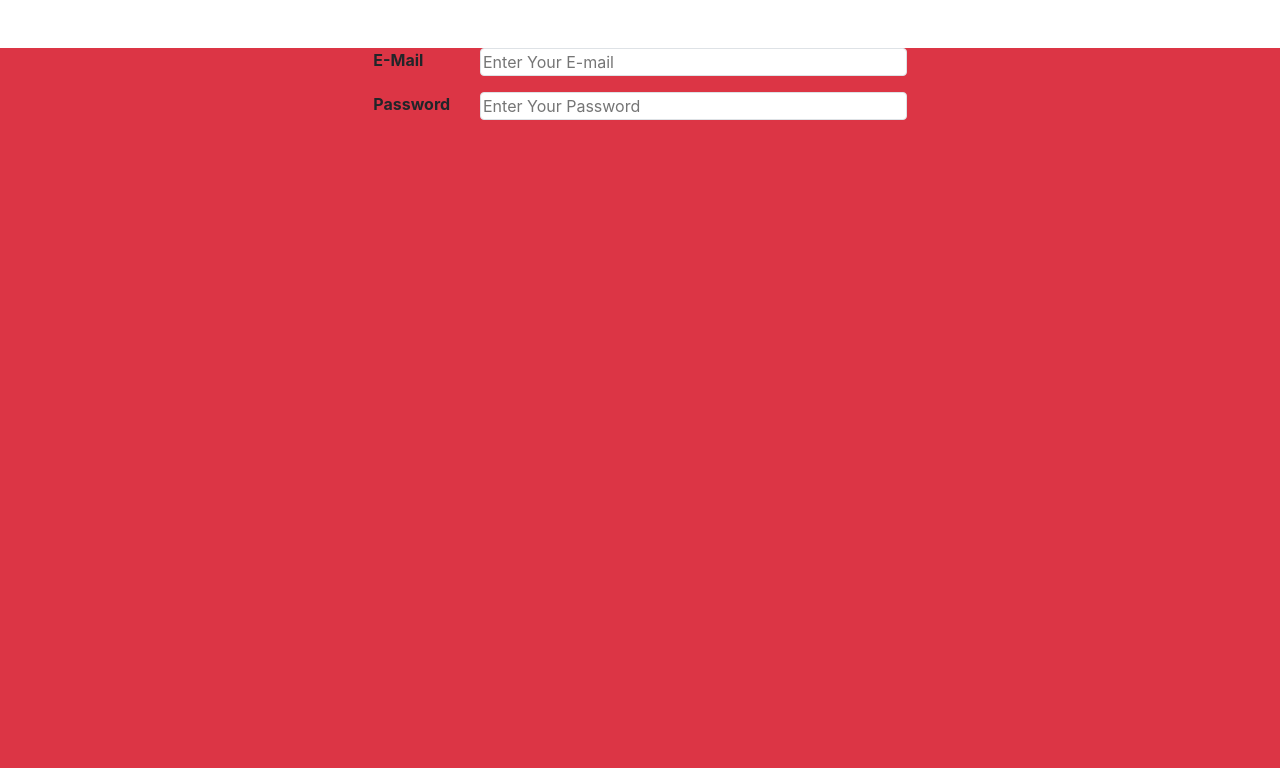
Repository: mariamkhaledsapra/E-Commerce-main
Page: /login
These files come from the project's save history. The page is drawn as it stood at one moment and after the next save; the edit follows.
The browser window is 1280 px wide. The pictures show the whole page.
The project was rebuilt for these pictures with package versions that can differ from the ones it lists, and the page was loaded fresh each time. Also part of the build but not shown: src/App.css, src/components/Navbar.jsx, src/App.js.

Above is the page before, as saved 2024-02-13 21:45:18.

After the next save:
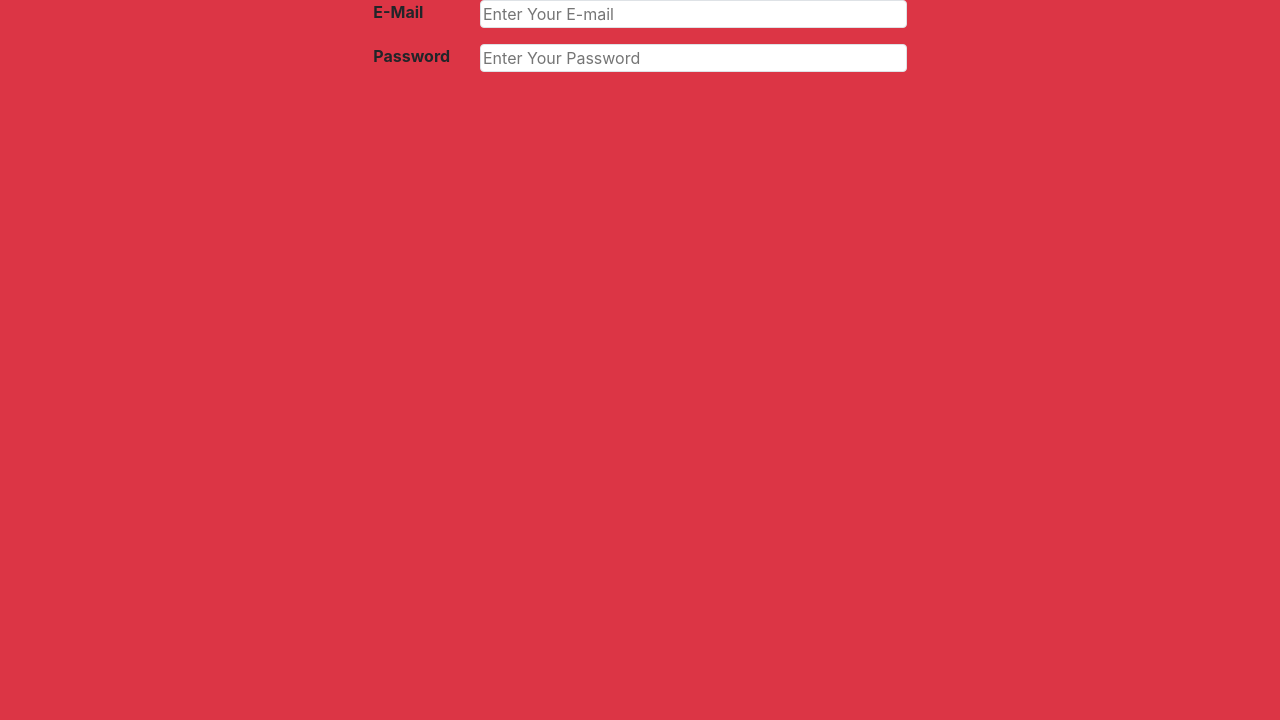
Saved 7 s later.
--- a/src/components/Login.jsx
+++ b/src/components/Login.jsx
@@ -2,7 +2,7 @@ import React from "react";
 
 const Login = () => {
   return (
-    <div className="bg-danger mt-5" style={{height:"100vh"}}>
+    <div className="bg-danger" style={{height:"100vh"}}>
       {" "}
       <div className="mb-3  d-flex justify-content-center">
         <label className="fw-bolder col-1">E-Mail</label>
